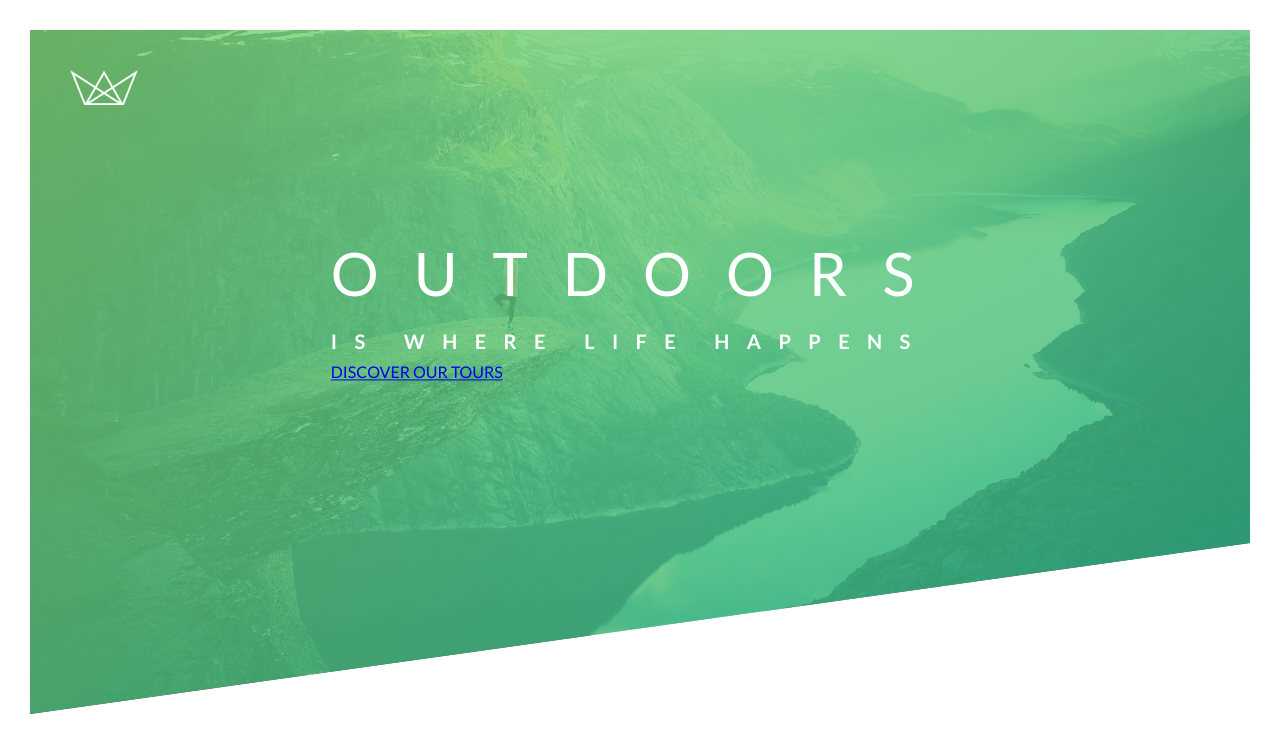
Repository: taivuong95/natours-fe
Page: index.html
An editor plug-in stored every save of this project. The page is shown before and after the next save, followed by the edit.
The browser window is 1280 px wide. The pictures show the whole page.

Above is the page before, as saved 2020-12-09 16:09:15.

After the next save:
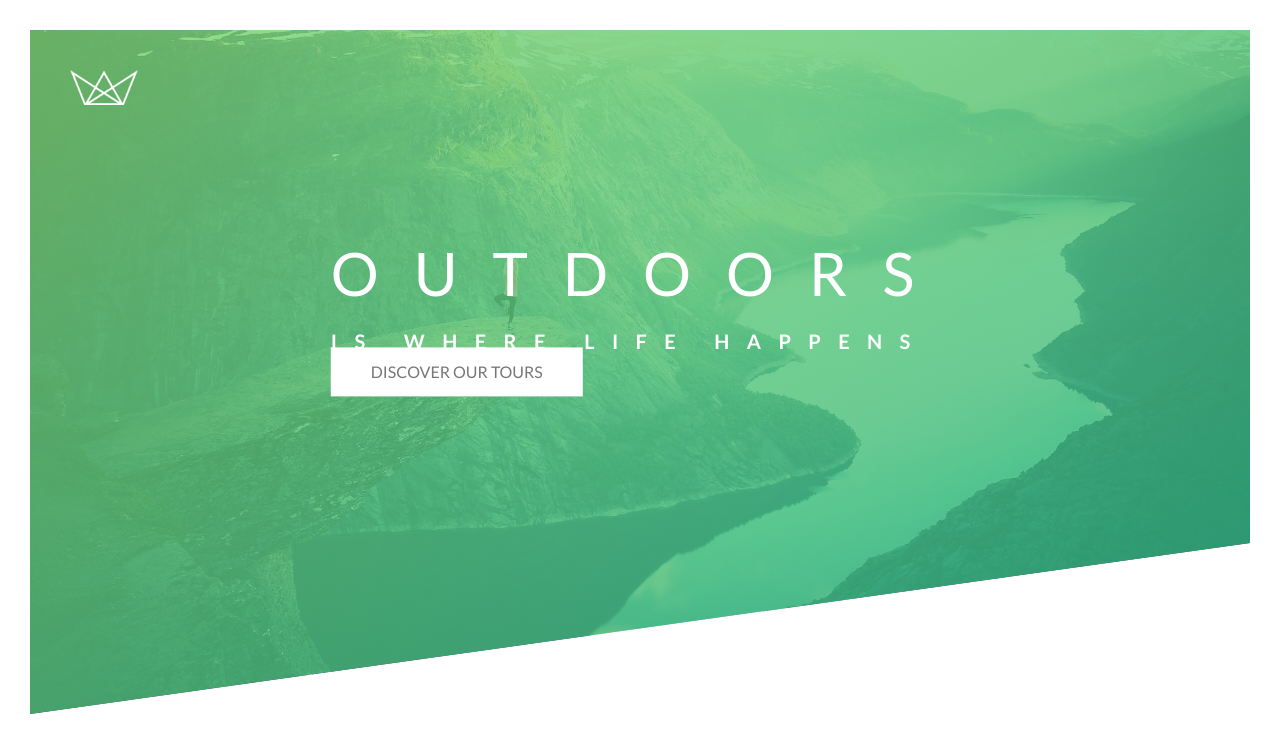
Saved 99 s later.
--- a/css/style.css
+++ b/css/style.css
@@ -114,4 +114,11 @@ body {
 .btn:link,
 .btn:visited {
   text-transform: uppercase;
+  text-decoration: none;
+  padding: 15px 40px;
 }
+
+.btn-white {
+  background-color: #fff;
+  color: #777;
+}
